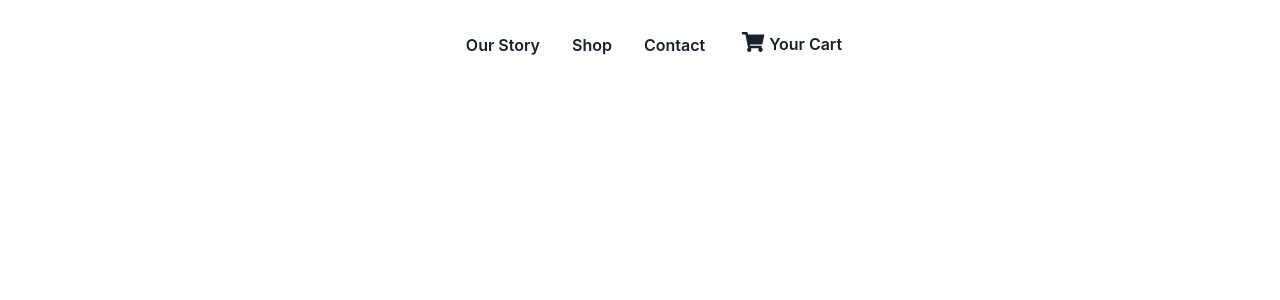
Repository: jammy729/Shop
Page: /shop
An editor plug-in stored every save of this project. The page is shown before and after a run of saves, followed by the edit.
The browser window is 1280 px wide. The pictures show the whole page.
The page's requests for data from a server got no answer. The project was rebuilt for these pictures with package versions that can differ from the ones it lists, and the page was loaded fresh each time. No one was signed in, and anything a server would have sent is missing. Also part of the build but not shown: src/pages/Home.js, src/pages/Contact.js, src/pages/Cart.js.

Above is the page before, as saved 2022-07-06 00:54:28.

### src/index.js
import React from 'react'
import ReactDOM from 'react-dom/client'
import App from './App'
import { ChakraProvider } from '@chakra-ui/react'

const root = ReactDOM.createRoot(document.getElementById('root'))
root.render(
  <React.StrictMode>
    <ChakraProvider>
      <App />
    </ChakraProvider>
  </React.StrictMode>
)

// If you want to start measuring performance in your app, pass a function
// to log results (for example: reportWebVitals(console.log))
// or send to an analytics endpoint. Learn more: https://bit.ly/CRA-vitals

### src/App.js
import React from 'react'
import { BrowserRouter as Router, Routes, Route } from 'react-router-dom'
import Home from './pages/Home'
import Shop from './pages/Shop'
import Contact from './pages/Contact'
import Cart from './pages/Cart'

import Navbar from './components/Navbar'
const App = () => {
  return (
    <Router>
      <Navbar />
      <Routes>
        <Route exact path='/' element={<Home />} />
        <Route exact path='/shop' element={<Shop />} />
        <Route exact path='/contact' element={<Contact />} />
        <Route exact path='/cart' element={<Cart />} />
      </Routes>
    </Router>
  )
}

export default App

### src/pages/Shop.js
import React from 'react'
import ProductList from '../components/ProductListing'
const Shop = () => {
  return <ProductList />
}

export default Shop

### src/components/Navbar.js
import React from 'react'
import {
  Flex,
  Stack,
  MenuItem,
  Menu,
  MenuButton,
  MenuList,
  Box,
  MenuGroup,
  Text,
  Icon,
  Container
} from '@chakra-ui/react'
import { IconButton } from '@chakra-ui/button'
import { HamburgerIcon } from '@chakra-ui/icons'
import { FaShoppingCart } from 'react-icons/fa'

import { Link } from 'react-router-dom'

const Navbar = () => {
  return (
    <Box>
      <Stack direction='row' pt={8}>
        <Container centerContent maxW='800px'>
          <Flex>
            {/* DESKTOP NAVBAR  */}
            <Stack
              direction='row'
              ml={7}
              justifyContent='center'
              alignItems='center'
              display={{ base: 'none', lg: 'flex' }}
            >
              <Menu>
                <Box px={3}>
                  <Link to='./story'>
                    <Text fontWeight='semibold'>Our Story</Text>
                  </Link>
                </Box>
                <Box px={3}>
                  <Link to='./shop'>
                    <Text fontWeight='semibold'>Shop</Text>
                  </Link>
                </Box>
                <Box px={3}>
                  <Link to='./contact'>
                    <Text fontWeight='semibold'>Contact</Text>
                  </Link>
                </Box>
                <Box px={3} direction='row' display='flex'>
                  <Link to='./cart'>
                    <Icon w={8} h={5} as={FaShoppingCart} />
                  </Link>
                  <Text fontWeight='semibold'>Your Cart</Text>
                </Box>
              </Menu>
            </Stack>
          </Flex>
        </Container>
      </Stack>

      {/* MOBILE NAVBAR  */}
      <Box align='right' flex={3} px={6}>
        <Box flex={1} display={{ base: 'inline-block', lg: 'none' }}>
          <Menu isLazy>
            <Link to='./cart'>
              <IconButton
                boxSize='3rem'
                icon={<FaShoppingCart />}
                linkButton={true}
                mx={2}
              />{' '}
            </Link>
            <MenuButton
              boxSize='3rem'
              as={IconButton}
              icon={<HamburgerIcon />}
              aria-label='Options'
            />
            <MenuList>
              <MenuGroup>
                <MenuItem pl={5}>
                  <Link to='./story'>Our Story</Link>
                </MenuItem>
                <MenuItem pl={5}>
                  <Link to='./shop'>Shop</Link>
                </MenuItem>
                <MenuItem pl={5}>
                  <Link to='./contact'>Contact</Link>
                </MenuItem>
              </MenuGroup>
            </MenuList>
          </Menu>
        </Box>
      </Box>
    </Box>
  )
}

export default Navbar

### src/components/ProductListing.js
import React, { useEffect, useState } from 'react'
import { Container, Text, Heading, Box, Center } from '@chakra-ui/react'
const ProductListing = () => {
  const [error, setError] = useState(null)
  const [isLoaded, setIsLoaded] = useState(false)
  const [items, setItems] = useState([])

  useEffect(() => {
    fetch('https://fakestoreapi.com/products?limit=5')
      .then(res => res.json())
      .then(
        result => {
          setIsLoaded(true)
          setItems(result)
        },
        error => {
          setIsLoaded(true)
          setError(error)
        }
      )
  }, [])

  if (error) {
    return (
      <Container centerContent>

      </Container>
    )
  }
}

export default ProductListing

Loaded but not shown: public/index.html (common file)

After the next 2 saves:
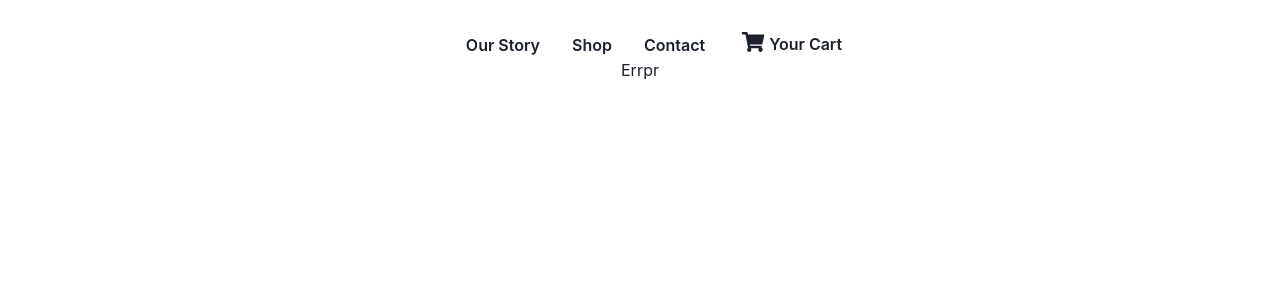
The 2 saves are shown as one change because they came seconds apart.
The last was saved 8 s later.
--- a/src/components/ProductListing.js
+++ b/src/components/ProductListing.js
@@ -23,7 +23,7 @@ const ProductListing = () => {
   if (error) {
     return (
       <Container centerContent>
-
+        Errpr
       </Container>
     )
   }
